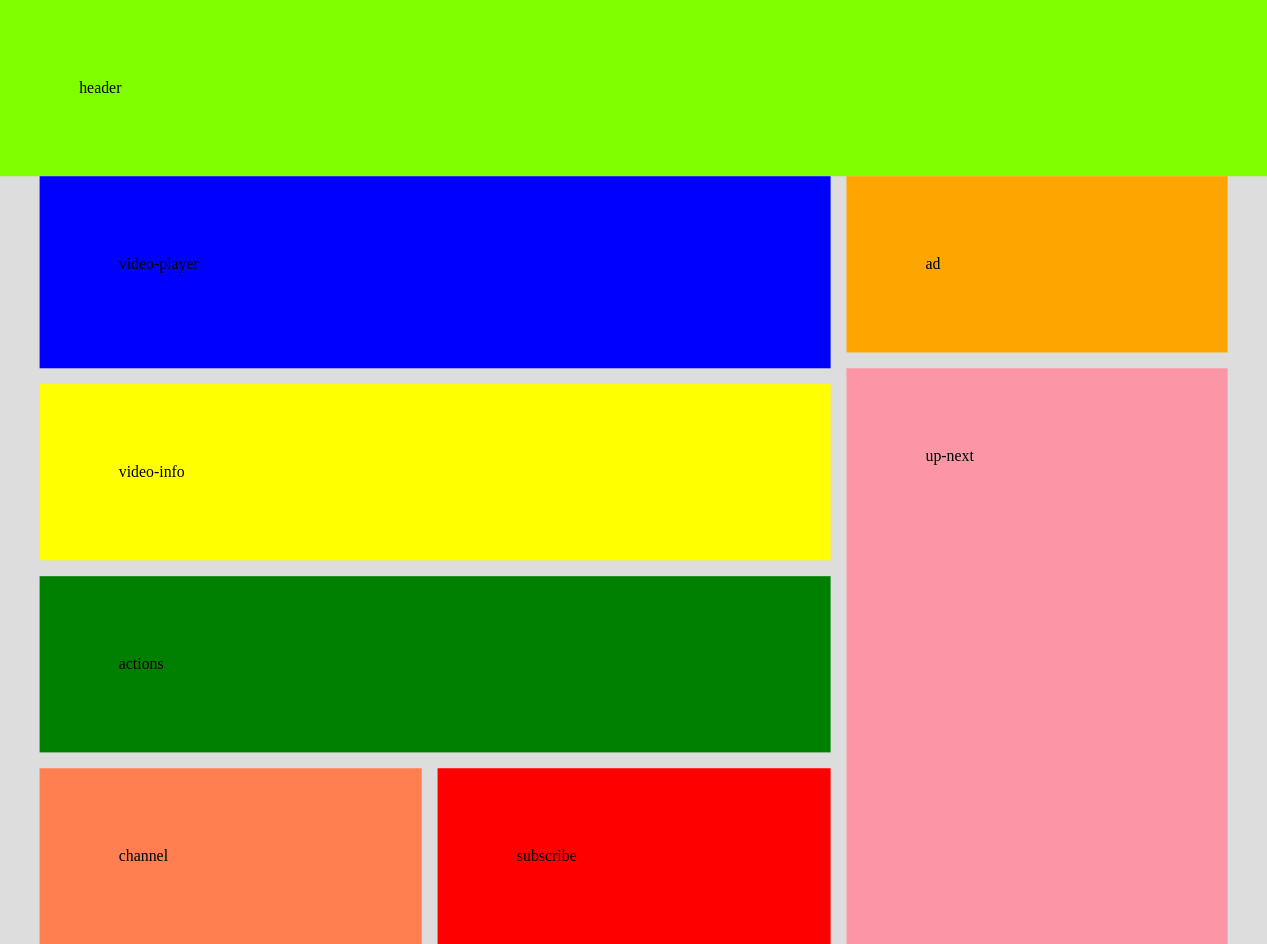
Repository: rafavirginio/clone-do-youtube
Page: index.html
An editor plug-in stored every save of this project. The page is shown before and after the next save, followed by the edit.
The browser window is 1280 px wide. The pictures show the whole page, at 99% of full size.

Above is the page before, as saved 2020-09-28 19:35:15.

After the next save:
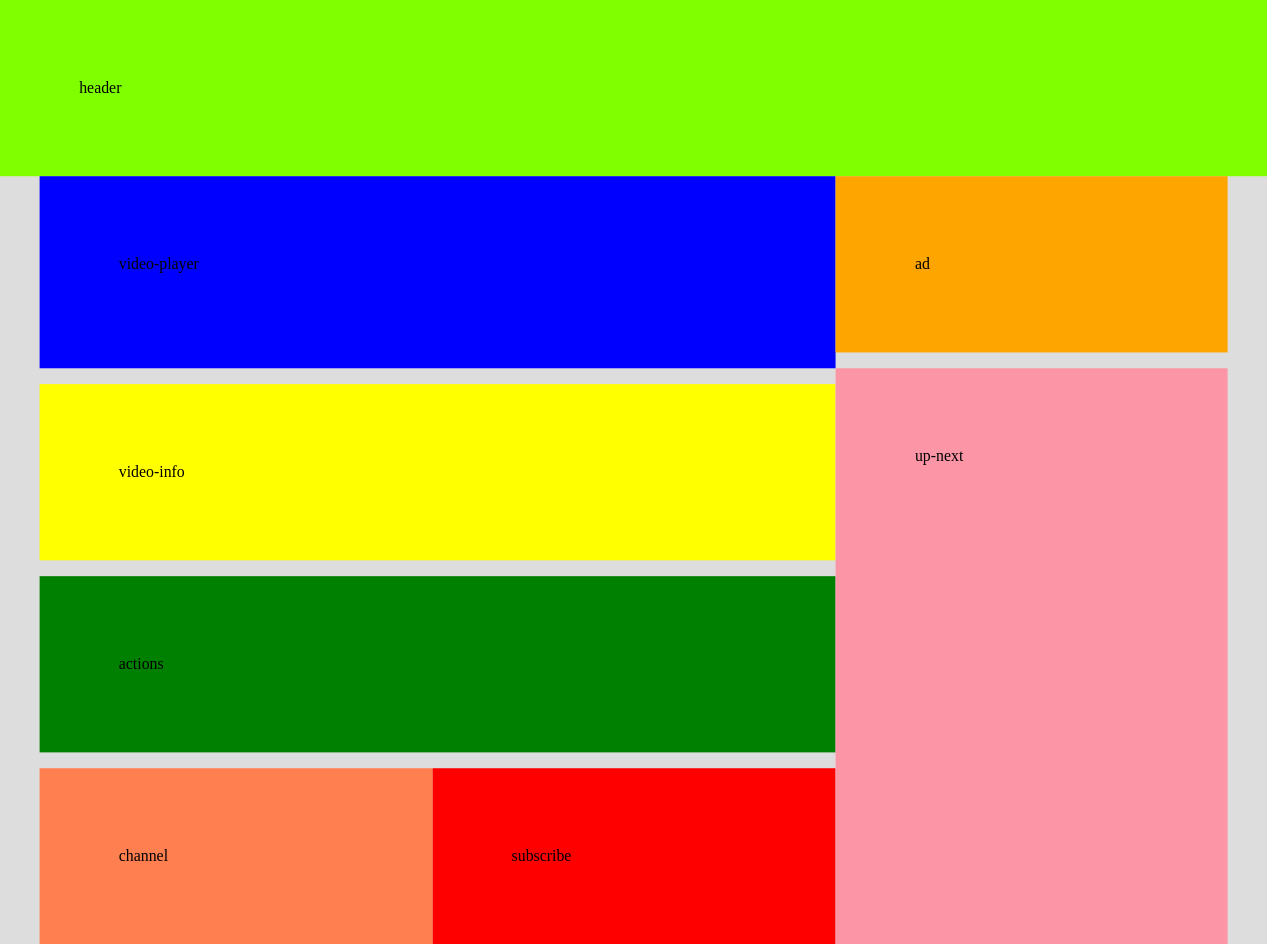
Saved 3 min 1 s later.
--- a/style.css
+++ b/style.css
@@ -22,7 +22,7 @@
 main {
     margin: auto;
     display: grid;
-    grid-gap: 1rem;
+    grid-row-gap: 1rem;
     grid-template-areas: "video-player video-player" "video-info video-info" "actions actions" "channel subscribe" "up-next up-next";
 }
 
